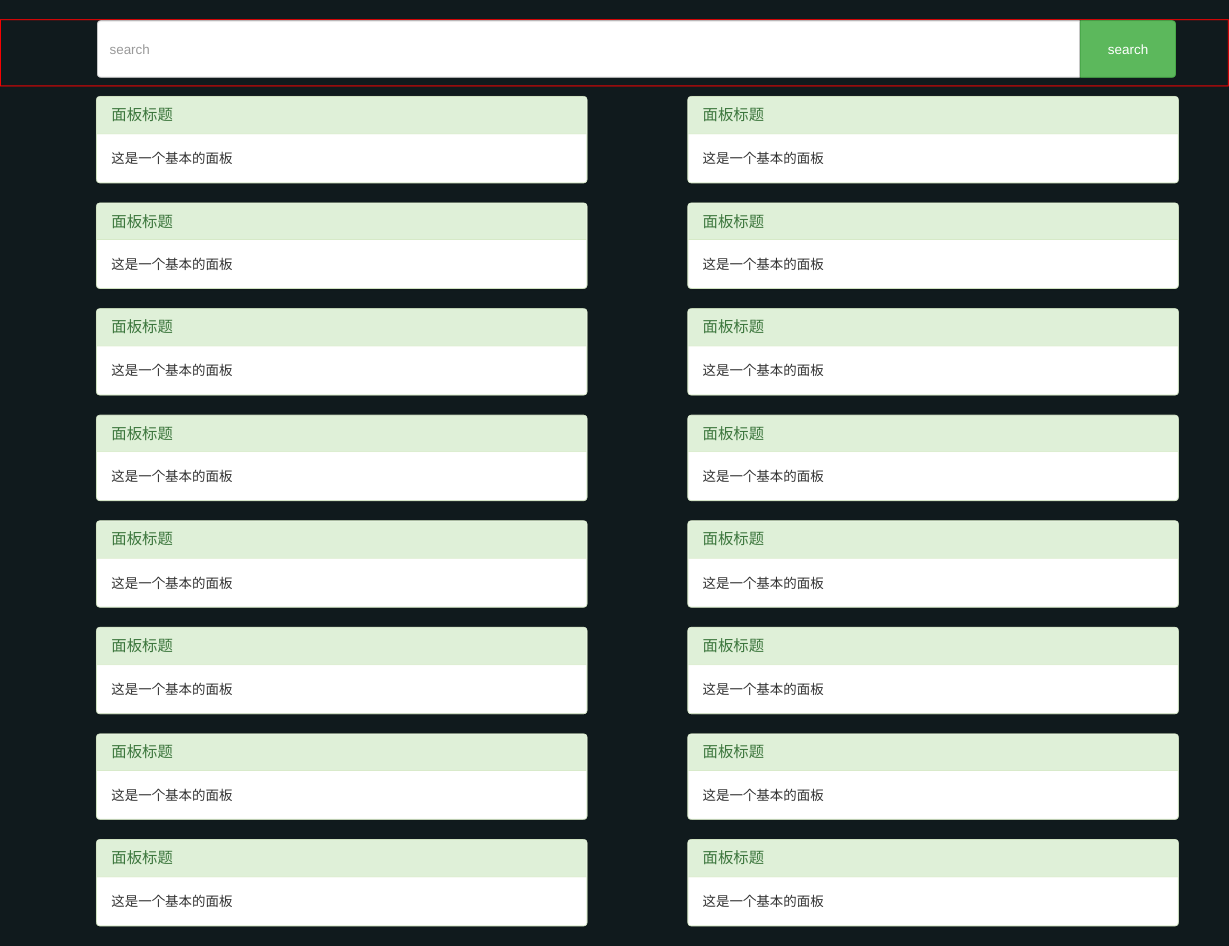
Repository: Tuzijing/Battlefield
Page: http://localhost/static/views/fram/fram.php
The author's editor kept a copy of each file at every save. The page is drawn from the files as they stood at one save, then again after the next save.
The browser window is 1280 px wide. The pictures show the whole page, at 96% of full size.
The page is run by PHP 8.4 with error messages shown; the project is at /var/www/html/.

Above is the page before, as saved 2018-07-13 17:50:16.

After the next save:
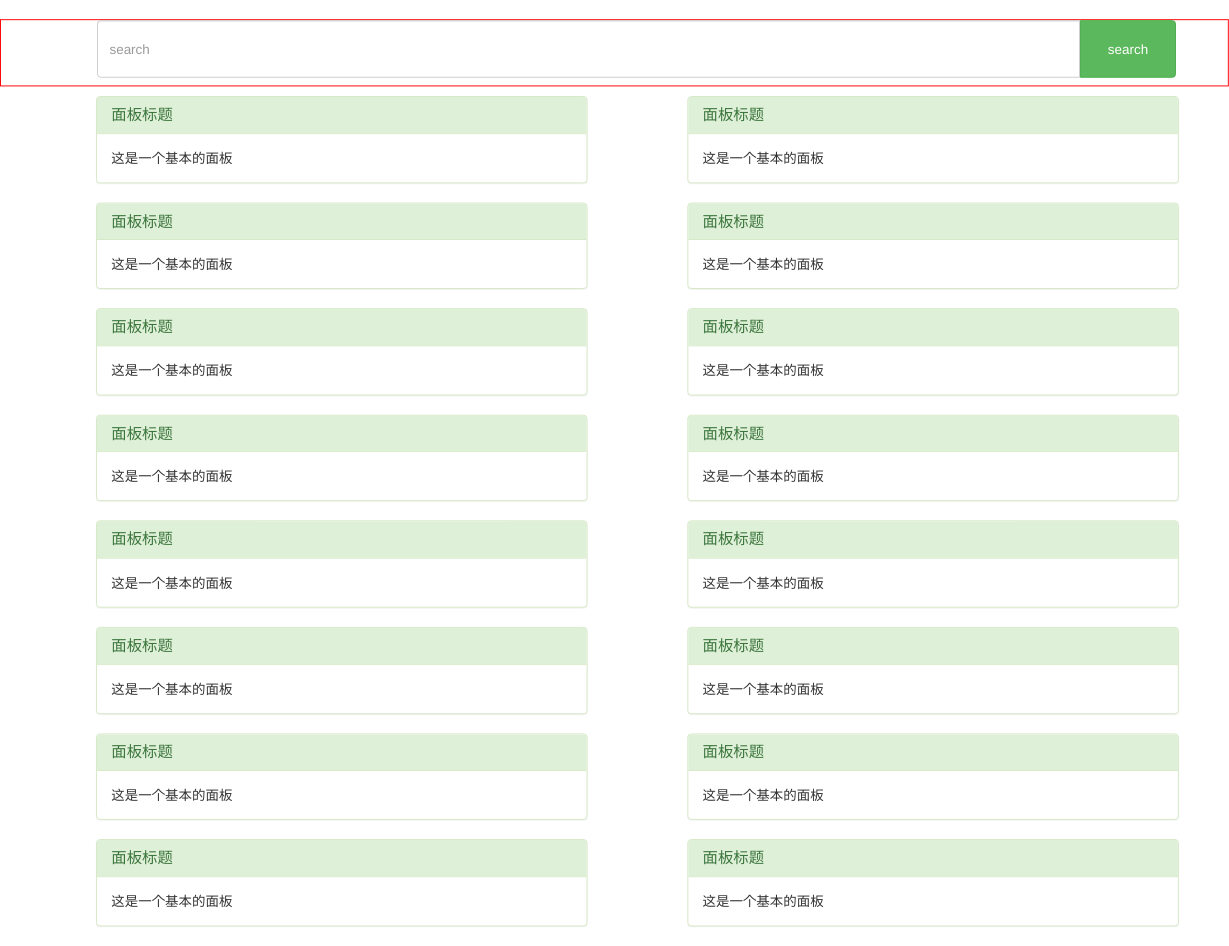
Saved 65 s later.
--- a/BattlefieldWebP/static/common/css/fram/fram.css
+++ b/BattlefieldWebP/static/common/css/fram/fram.css
@@ -1,7 +1,7 @@
 @CHARSET "UTF-8";
 
 body{
-	background-color: #101a1d;
+
 	padding-top: 0px;
 }
 
